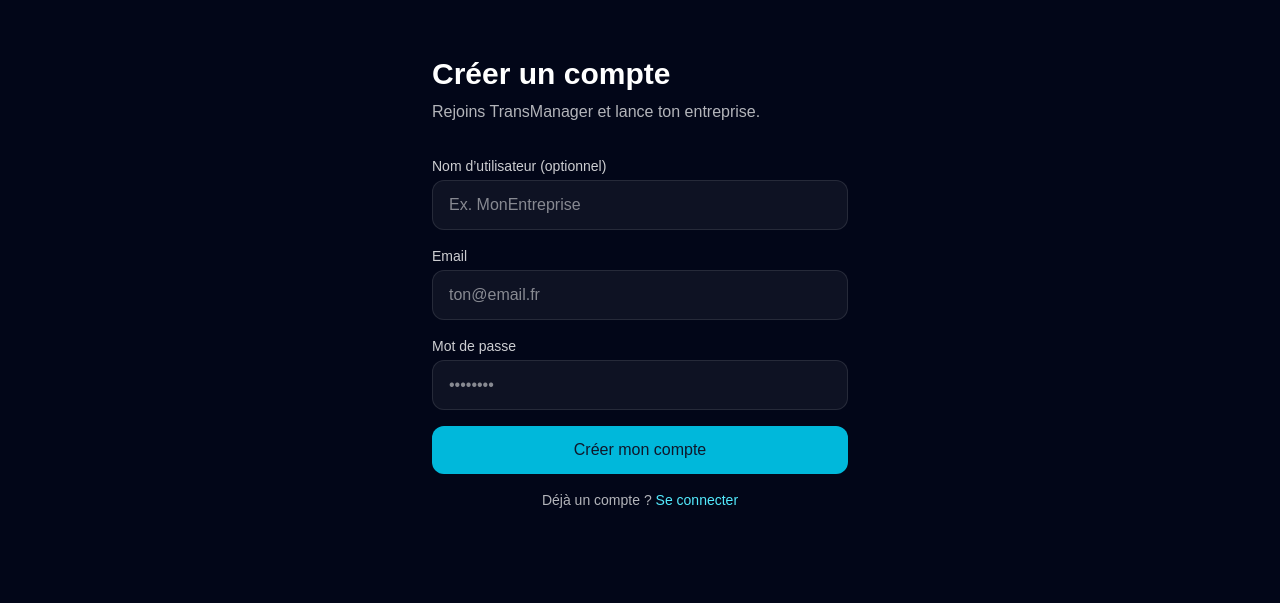
Repository: mathys65/transmanager
Page: /auth/signup
These files come from the project's save history. The page is drawn as it stood at one moment and after the next save; the edit follows.
The browser window is 1280 px wide. The pictures show the whole page.
The project was rebuilt for these pictures with package versions that can differ from the ones it lists, and the page was loaded fresh each time. The framework's server and built-in components were replaced by stand-ins that run in the browser. Also part of the build but not shown: next.config.ts.

Above is the page before, as saved 2025-09-14 16:03:30.

### src/app/auth/signup/page.tsx
"use client";

import { useState } from "react";
import Link from "next/link";

export default function SignupPage() {
  const [loading, setLoading] = useState(false);
  const [err, setErr] = useState<string | null>(null);
  const [ok, setOk] = useState(false);

  async function onSubmit(e: React.FormEvent<HTMLFormElement>) {
    e.preventDefault();
    setErr(null);
    setOk(false);
    setLoading(true);
    const form = new FormData(e.currentTarget);
    const email = String(form.get("email") || "");
    const password = String(form.get("password") || "");
    const username = String(form.get("username") || "");

    const res = await fetch("/api/auth/signup", {
      method: "POST",
      headers: { "Content-Type": "application/json" },
      body: JSON.stringify({ email, password, username }),
    });

    const json = await res.json();
    setLoading(false);

    if (!res.ok) return setErr(json?.error || "Échec de l’inscription.");
    setOk(true);
    // TODO: redirect /game quand prêt
    // window.location.href = "/game";
  }

  return (
    <main className="min-h-screen bg-slate-950 text-white">
      <div className="mx-auto max-w-md px-4 py-14">
        <h1 className="text-3xl font-bold">Créer un compte</h1>
        <p className="mt-2 text-white/70">Rejoins TransManager et lance ton entreprise.</p>

        <form onSubmit={onSubmit} className="mt-8 space-y-4">
          <div>
            <label className="mb-1 block text-sm text-white/80">Nom d’utilisateur (optionnel)</label>
            <input
              name="username"
              placeholder="Ex. MonEntreprise"
              className="w-full rounded-xl border border-white/10 bg-white/5 px-4 py-3 outline-none focus:border-cyan-400"
            />
          </div>
          <div>
            <label className="mb-1 block text-sm text-white/80">Email</label>
            <input
              name="email"
              type="email"
              required
              placeholder="ton@email.fr"
              className="w-full rounded-xl border border-white/10 bg-white/5 px-4 py-3 outline-none focus:border-cyan-400"
            />
          </div>
          <div>
            <label className="mb-1 block text-sm text-white/80">Mot de passe</label>
            <input
              name="password"
              type="password"
              required
              minLength={6}
              placeholder="••••••••"
              className="w-full rounded-xl border border-white/10 bg-white/5 px-4 py-3 outline-none focus:border-cyan-400"
            />
          </div>

          {err && (
            <div className="rounded-xl border border-rose-400/30 bg-rose-500/10 px-3 py-2 text-sm text-rose-200">
              {err}
            </div>
          )}
          {ok && (
            <div className="rounded-xl border border-emerald-400/30 bg-emerald-500/10 px-3 py-2 text-sm text-emerald-200">
              Compte créé. Tu peux commencer à jouer.
            </div>
          )}

          <button
            disabled={loading}
            className="w-full rounded-xl bg-cyan-500 px-5 py-3 font-medium text-slate-900 transition hover:bg-cyan-400 disabled:opacity-60"
          >
            {loading ? "Création…" : "Créer mon compte"}
          </button>

          <p className="text-center text-sm text-white/70">
            Déjà un compte ?{" "}
            <Link href="/auth/signin" className="text-cyan-300 hover:underline">
              Se connecter
            </Link>
          </p>
        </form>
      </div>
    </main>
  );
}

Loaded but not shown: src/app/layout.tsx (common file); src/app/globals.css (common file)

After the next save:
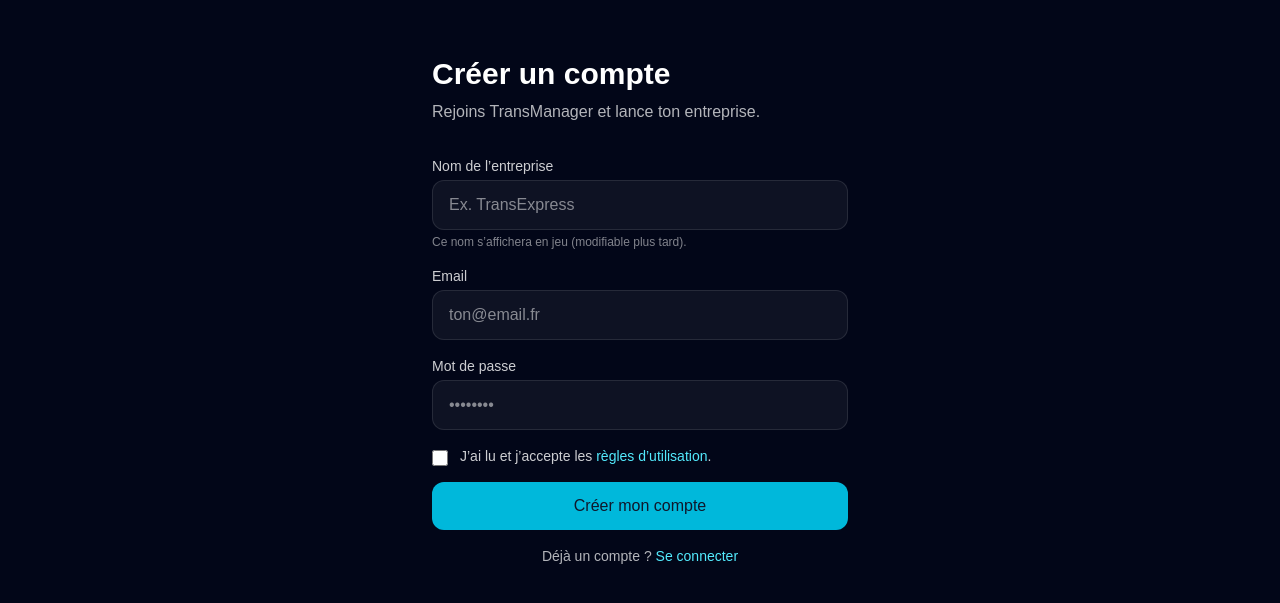
Saved 6 min 3 s later.
--- a/src/app/auth/signup/page.tsx
+++ b/src/app/auth/signup/page.tsx
@@ -16,12 +16,13 @@
     const form = new FormData(e.currentTarget);
     const email = String(form.get("email") || "");
     const password = String(form.get("password") || "");
-    const username = String(form.get("username") || "");
+    const companyName = String(form.get("companyName") || "");
+    const acceptTerms = form.get("acceptTerms") === "on";
 
     const res = await fetch("/api/auth/signup", {
       method: "POST",
       headers: { "Content-Type": "application/json" },
-      body: JSON.stringify({ email, password, username }),
+      body: JSON.stringify({ email, password, companyName, acceptTerms }),
     });
 
     const json = await res.json();
@@ -29,7 +30,7 @@
 
     if (!res.ok) return setErr(json?.error || "Échec de l’inscription.");
     setOk(true);
-    // TODO: redirect /game quand prêt
+    // Redirection à activer quand /game sera prêt :
     // window.location.href = "/game";
   }
 
@@ -41,12 +42,14 @@
 
         <form onSubmit={onSubmit} className="mt-8 space-y-4">
           <div>
-            <label className="mb-1 block text-sm text-white/80">Nom d’utilisateur (optionnel)</label>
+            <label className="mb-1 block text-sm text-white/80">Nom de l’entreprise</label>
             <input
-              name="username"
-              placeholder="Ex. MonEntreprise"
+              name="companyName"
+              placeholder="Ex. TransExpress"
+              maxLength={25}
               className="w-full rounded-xl border border-white/10 bg-white/5 px-4 py-3 outline-none focus:border-cyan-400"
             />
+            <p className="mt-1 text-xs text-white/50">Ce nom s’affichera en jeu (modifiable plus tard).</p>
           </div>
           <div>
             <label className="mb-1 block text-sm text-white/80">Email</label>
@@ -70,6 +73,21 @@
             />
           </div>
 
+          <label className="flex items-start gap-3 text-sm text-white/80">
+            <input
+              type="checkbox"
+              name="acceptTerms"
+              required
+              className="mt-1 h-4 w-4 rounded border-white/20 bg-white/5 accent-cyan-500"
+            />
+            <span>
+              J’ai lu et j’accepte les{" "}
+              <Link href="/legal/terms" className="text-cyan-300 underline-offset-4 hover:underline" target="_blank">
+                règles d’utilisation
+              </Link>.
+            </span>
+          </label>
+
           {err && (
             <div className="rounded-xl border border-rose-400/30 bg-rose-500/10 px-3 py-2 text-sm text-rose-200">
               {err}
@@ -77,7 +95,7 @@
           )}
           {ok && (
             <div className="rounded-xl border border-emerald-400/30 bg-emerald-500/10 px-3 py-2 text-sm text-emerald-200">
-              Compte créé. Tu peux commencer à jouer.
+              Compte créé. Bienvenue !
             </div>
           )}
 
